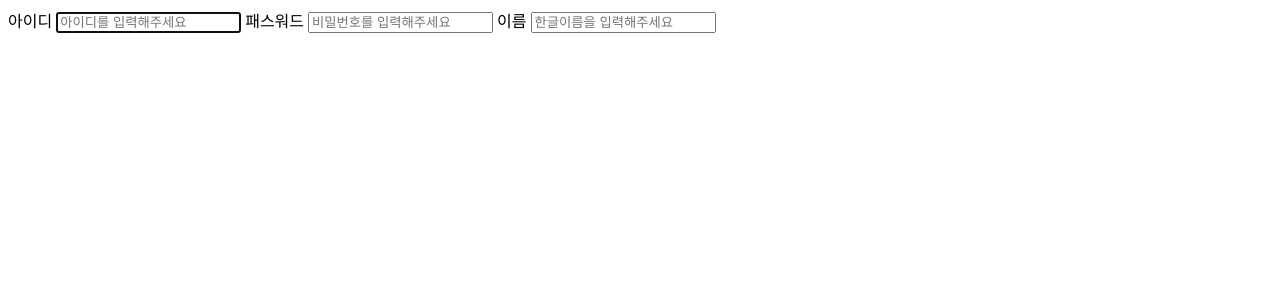
Repository: AHJ2616/Java
Page: http://localhost/board-jsp/06Session/Register_form.jsp
The author's editor kept a copy of each file at every save. The page is drawn from the files as they stood at one save, then again after the next save.
The browser window is 1280 px wide. The pictures show the whole page.
The page is served by Tomcat 9. Other server files are loaded and not shown.

Above is the page before, as saved 2024-07-26 04:59:35.

### jsp_workspace/board-jsp/src/main/webapp/06Session/Register_form.jsp
<%@ page language="java" contentType="text/html; charset=UTF-8"
    pageEncoding="UTF-8"%>
<!DOCTYPE html>
<html>
<head>
<meta charset="UTF-8">
<title>회원가입 작성</title>
</head>
<body>
<form id="register_form" action="Register.jsp" method="post">
<label for= "id">아이디</label>
<input type= "text" name= "id" id="id" autofocus="autofocus" required="required" placeholder="아이디를 입력해주세요"/>
<label for= "pw">패스워드</label>
<input type= "password" name= "pw" id="pw" required="required" placeholder="비밀번호를 입력해주세요"/>
<label for= "name">이름</label>
<input type= "text" name= "name" id="name" placeholder="한글이름을 입력해주세요"/>
</form>
</body>
</html>

After the next save:
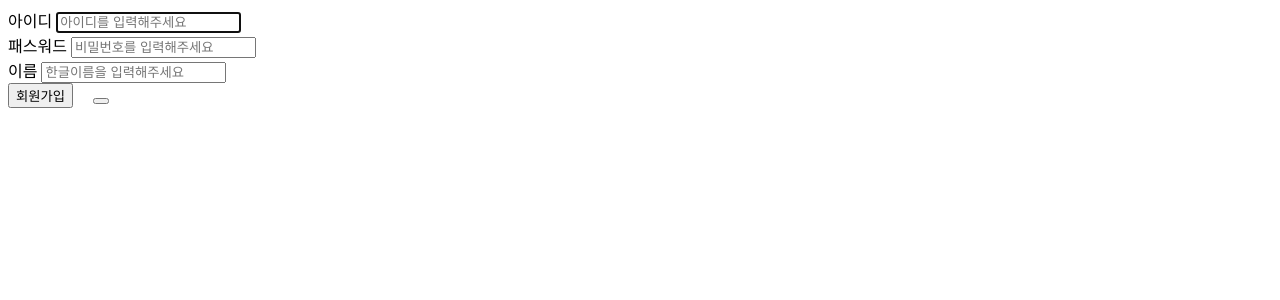
Saved 10 min 39 s later.
--- a/jsp_workspace/board-jsp/src/main/webapp/06Session/Register_form.jsp
+++ b/jsp_workspace/board-jsp/src/main/webapp/06Session/Register_form.jsp
@@ -9,11 +9,13 @@
 <body>
 <form id="register_form" action="Register.jsp" method="post">
 <label for= "id">아이디</label>
-<input type= "text" name= "id" id="id" autofocus="autofocus" required="required" placeholder="아이디를 입력해주세요"/>
+<input type= "text" name= "id" id="id" autofocus="autofocus" required="required" placeholder="아이디를 입력해주세요"/><br>
 <label for= "pw">패스워드</label>
-<input type= "password" name= "pw" id="pw" required="required" placeholder="비밀번호를 입력해주세요"/>
+<input type= "password" name= "pw" id="pw" required="required" placeholder="비밀번호를 입력해주세요"/><br>
 <label for= "name">이름</label>
-<input type= "text" name= "name" id="name" placeholder="한글이름을 입력해주세요"/>
+<input type= "text" name= "name" id="name" placeholder="한글이름을 입력해주세요"/><br>
+<input type= "submit" value="회원가입" /> &nbsp;&nbsp;&nbsp;
+<button
 </form>
 </body>
 </html>
